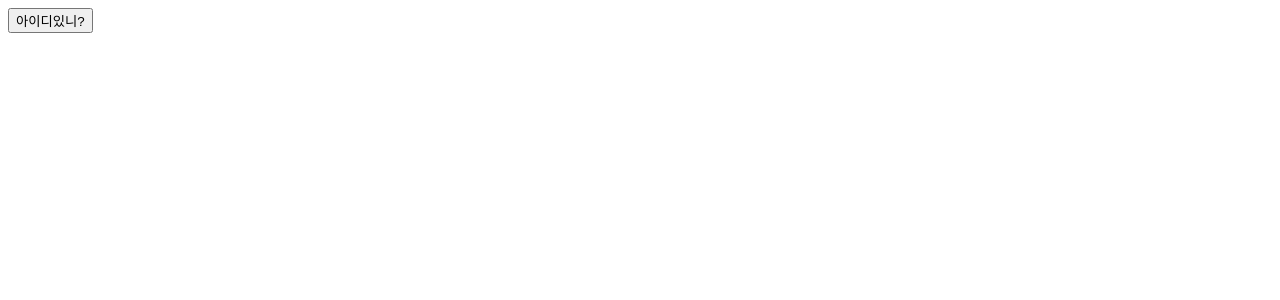
Repository: design-view/jspstudy
Page: http://localhost/GreenJsp/ajaxtest/ajaxtest1.jsp
The author's editor kept a copy of each file at every save. The page is drawn from the files as they stood at one save, then again after the next save.
The browser window is 1280 px wide. The pictures show the whole page.
After loading, the first visible `button` was clicked once.
The page is served by Tomcat 9. Other server files are loaded and not shown.

Above is the page before, as saved 2024-01-18 02:28:53.
Console error: TypeError: Cannot set properties of null (setting 'innerHTML')

### GreenJsp/src/main/webapp/ajaxtest/ajaxtest1.jsp
<%@ page language="java" contentType="text/html; charset=UTF-8"
    pageEncoding="UTF-8"%>
 <!-- ajaxtest폴더 생성 ajaxtest1.jsp생성 -->
<!DOCTYPE html>
<html>
<head>
<meta charset="UTF-8">
<title>Insert title here</title>
</head>
<body>
<!-- onclidk 클릭이벤트연결 버튼을 클릭하면 idcheck()함수호출 -->
<button onclick="idcheck()">아이디있니?</button>
<div id="box"></div>
<script>
function idcheck(){
	alert("실행");
	//XMLHttpRequest객체 생성
	const xhttp = new XMLHttpRequest();
	//onload속성에 함수를 할당
	//통신이 끝나면 자동호출됨
	//onload는 콜백함수
	xhttp.onload = function() {
		alert(this.responseText);
		if(this.responseText=="ok"){
			 document.getElementById("box").innerHTML = "성공";
		}else {
			 document.getElementById("demo").innerHTML = "실패";
		}
	   }
     //네트워크 요청 xhttp.open("전송메소드","요청주소")
	 xhttp.open("GET", "http://localhost:8090/GreenJsp/AjaxTest", true);
	 xhttp.send();
}

</script>
</body>
</html>

### GreenJsp/src/main/java/controller/AjaxController.java
package controller;

import java.io.IOException;
import javax.servlet.ServletException;
import javax.servlet.annotation.WebServlet;
import javax.servlet.http.HttpServlet;
import javax.servlet.http.HttpServletRequest;
import javax.servlet.http.HttpServletResponse;

//http://localhost:8090/GreenJsp/AjaxTest
//위처럼 요청이 오면 AjaxController가 처리
//@WebServlet 브라우져의 요청과 서블릿을 매핑
@WebServlet("/AjaxTest")
public class AjaxController extends HttpServlet {
	private static final long serialVersionUID = 1L;

    public AjaxController() {
        super();
        // TODO Auto-generated constructor stub
    }
    //요청타입이 get일때 실행
	protected void doGet(HttpServletRequest request, HttpServletResponse response) throws ServletException, IOException {
		// TODO Auto-generated method stub
		System.out.println("요청이옴");
		response.getWriter().append("Served at: ").append(request.getContextPath());
	}
	//요청타입이 post일때 실행
	protected void doPost(HttpServletRequest request, HttpServletResponse response) throws ServletException, IOException {
		// TODO Auto-generated method stub
		doGet(request, response);
	}

}

After the next save:
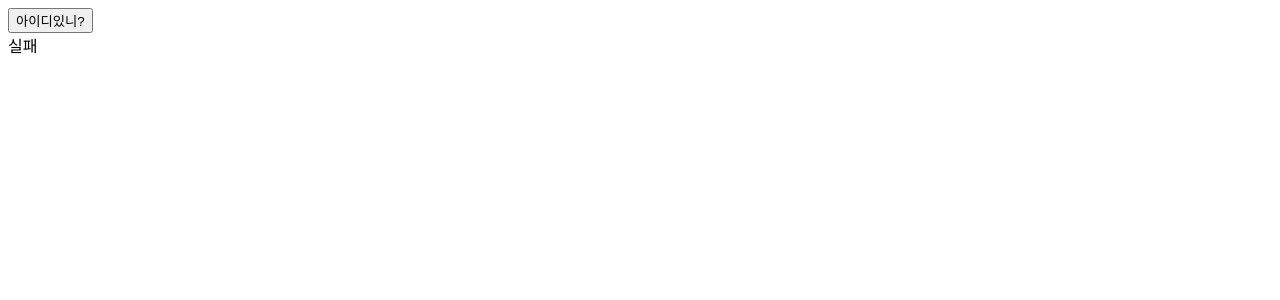
The error is gone.
Saved 32 s later.
--- a/GreenJsp/src/main/webapp/ajaxtest/ajaxtest1.jsp
+++ b/GreenJsp/src/main/webapp/ajaxtest/ajaxtest1.jsp
@@ -20,11 +20,13 @@ function idcheck(){
 	//통신이 끝나면 자동호출됨
 	//onload는 콜백함수
 	xhttp.onload = function() {
+		//경고창 출력
 		alert(this.responseText);
+		//값이 ok면
 		if(this.responseText=="ok"){
 			 document.getElementById("box").innerHTML = "성공";
 		}else {
-			 document.getElementById("demo").innerHTML = "실패";
+			 document.getElementById("box").innerHTML = "실패";
 		}
 	   }
      //네트워크 요청 xhttp.open("전송메소드","요청주소")
